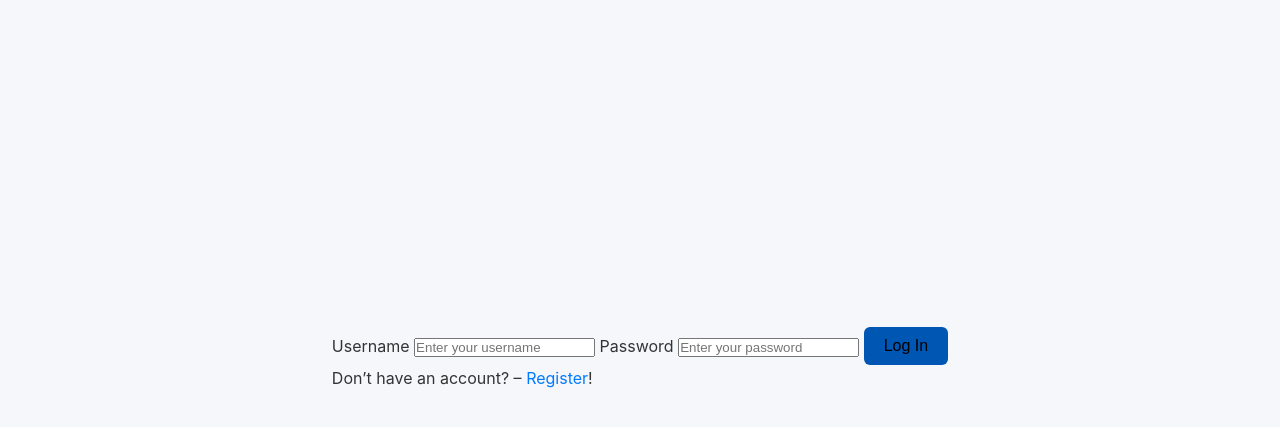
Repository: ArturSahakyan124/catalog_2
Page: http://localhost/views/auth/login.php
The author's editor kept a copy of each file at every save. The page is drawn from the files as they stood at one save, then again after the next save.
The browser window is 1280 px wide. The pictures show the whole page.
The pointer rests on the first visible `button`.
The page is run by PHP 8.4 with error messages shown; the project is at /var/www/html/.

Above is the page before, as saved 2025-11-14 01:50:35.

After the next save:
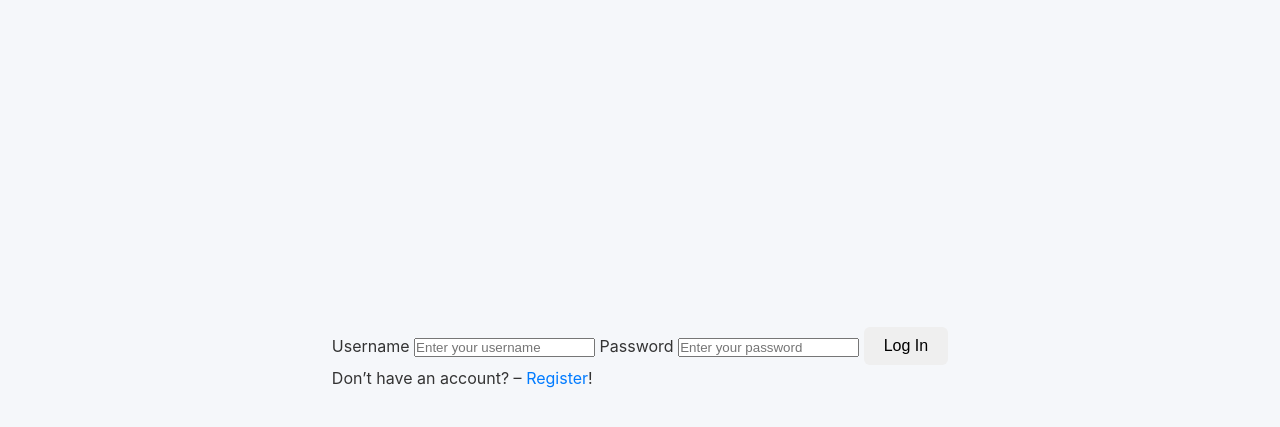
Saved 4 s later.
--- a/assets/css/main.css
+++ b/assets/css/main.css
@@ -41,7 +41,6 @@ button {
 }
 
 button:hover {
-  background-color: #0056b3;
   transform: translateY(-1px);
 }
 
